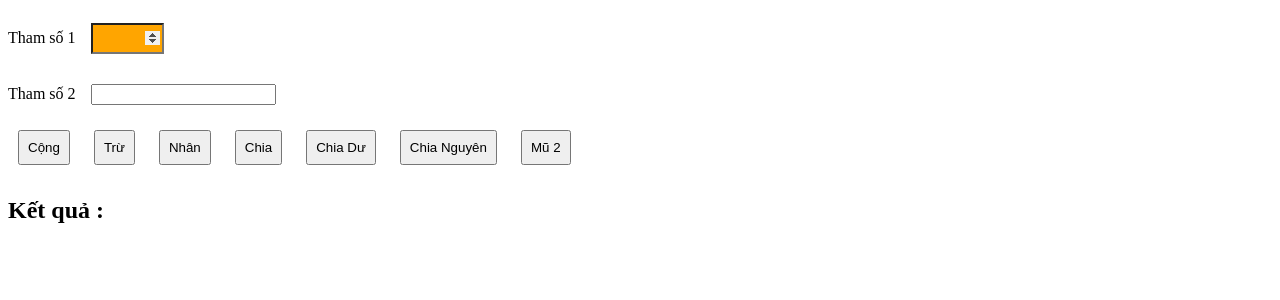
Repository: Toni3498/JsCourse
Page: number/calc.html
An editor plug-in stored every save of this project. The page is shown before and after the next save, followed by the edit.
The browser window is 1280 px wide. The pictures show the whole page.
The pointer rests on the first visible `.input input`.

Above is the page before, as saved 2021-08-17 19:45:01.

After the next save:
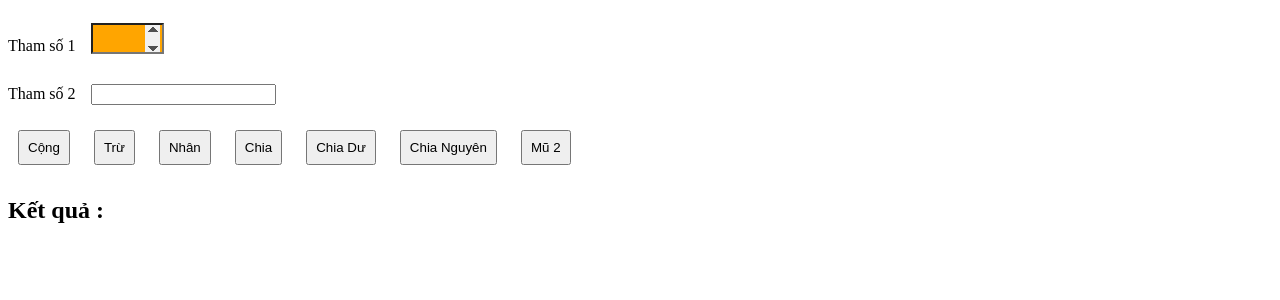
Saved 8 s later.
--- a/number/style.css
+++ b/number/style.css
@@ -9,4 +9,5 @@
   background-color: orange;
   width: 65px;
   height: 25px;
+  font-size: 35px;
 }
